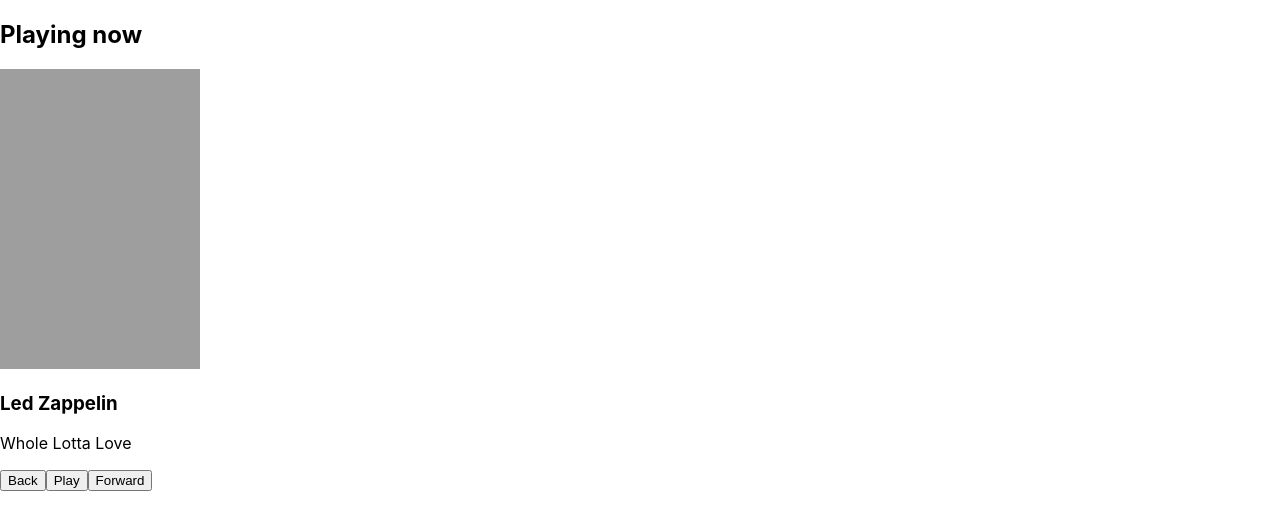
Repository: Sxcram02/playlist
Page: /
These files come from the project's save history. The page is drawn as it stood at one moment and after a run of saves; the edit follows.
The browser window is 1280 px wide. The pictures show the whole page.
Pictures or frames that could not be fetched are drawn as grey boxes. The project was rebuilt for these pictures with package versions that can differ from the ones it lists, and the page was loaded fresh each time. Also part of the build but not shown: src/App.css.

Above is the page before, as saved 2023-02-22 17:09:55.

After the next 8 saves:
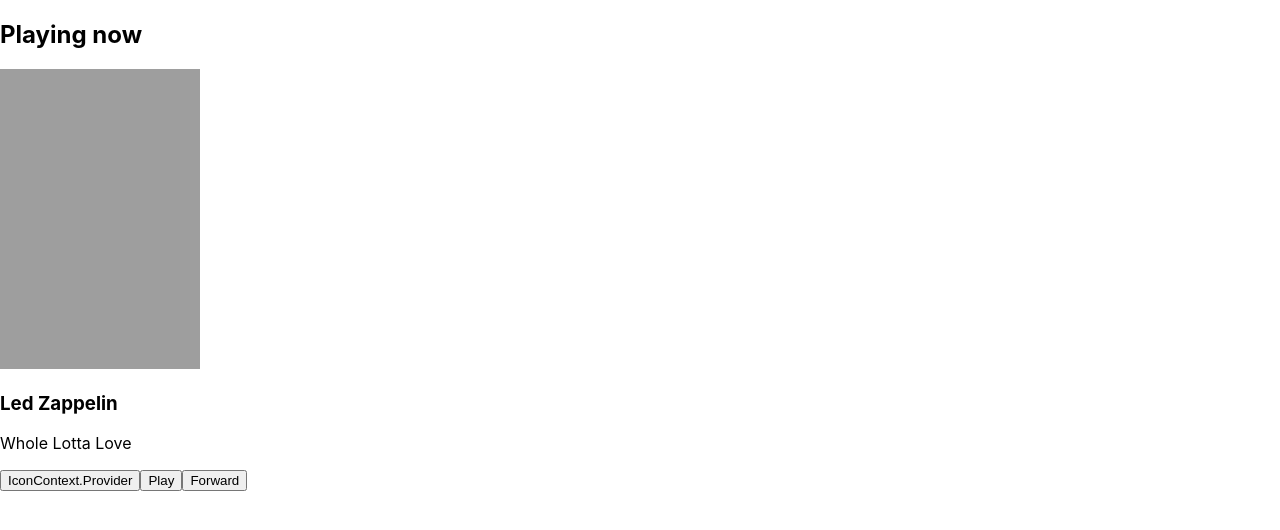
The 8 saves are shown as one change because they came seconds apart.
The last was saved 60 s later.
--- a/src/App.js
+++ b/src/App.js
@@ -15,7 +15,9 @@
         <p className="subTitle">Whole Lotta Love</p>
       </div>
       <div>
-        <button className="playButton">Back</button>
+        <button className="playButton">
+          IconContext.Provider
+        </button>
         <button className="playButton">Play</button>
         <button className="playButton">Forward</button>
       </div>
